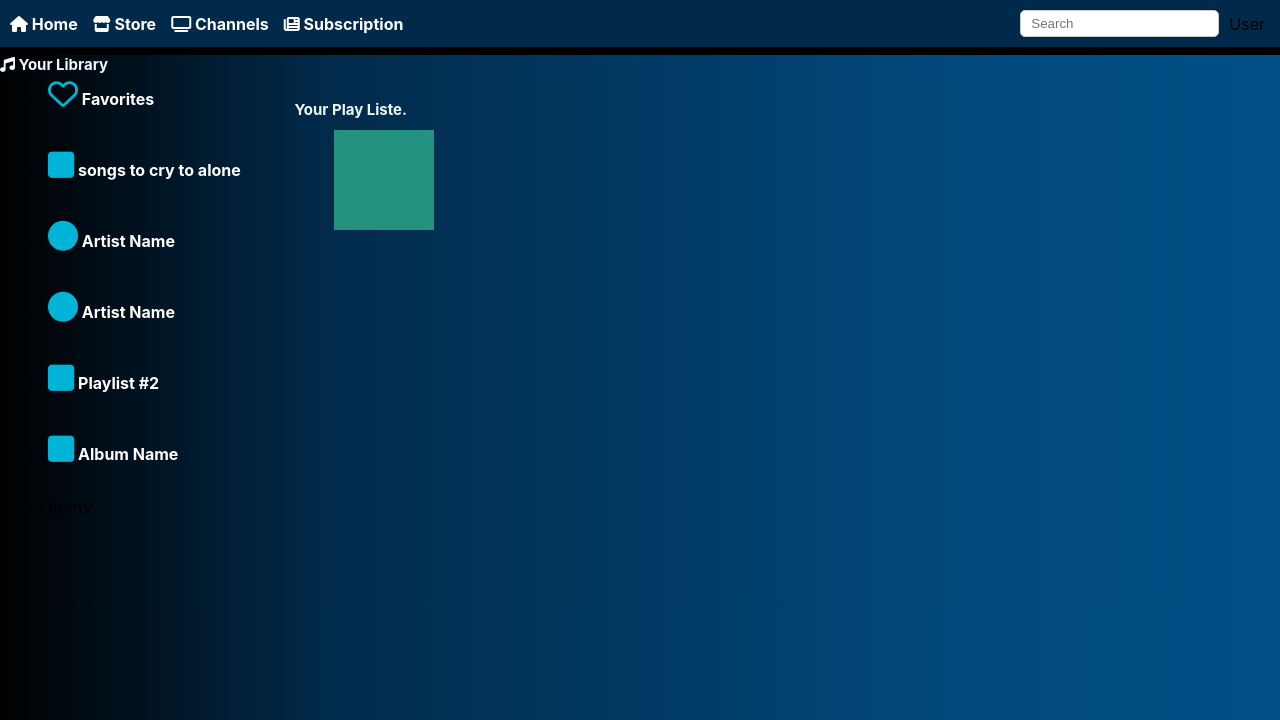
Repository: gordonnrat/group-2-project
Page: / (app in source-code/)
These files come from the project's save history. The page is drawn as it stood at one moment and after the next save; the edit follows.
The browser window is 1280 px wide. The pictures show the whole page.
The project was rebuilt for these pictures with package versions that can differ from the ones it lists, and the page was loaded fresh each time. Also part of the build but not shown: source-code/src/App.css, source-code/src/App.js, source-code/src/components/pages/Login.js.

Above is the page before, as saved 2023-07-26 16:27:22.

After the next save:
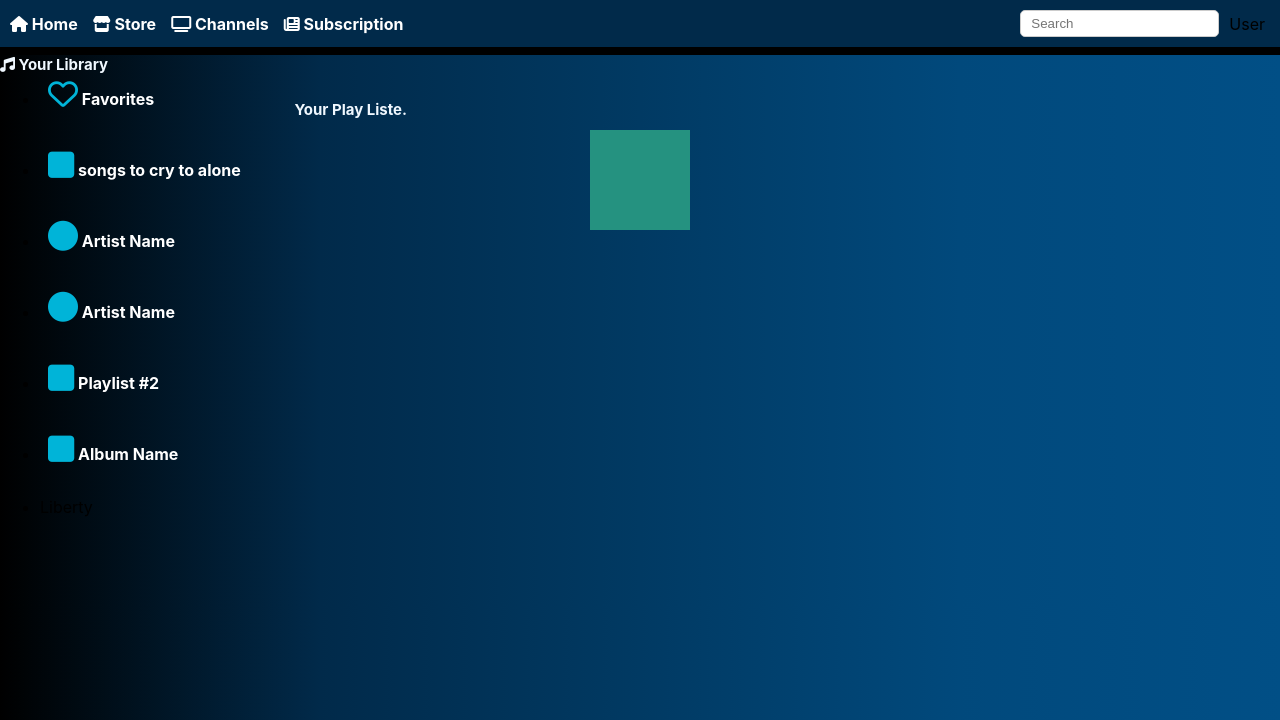
Saved 32 s later.
--- a/source-code/src/components/pages/js.css
+++ b/source-code/src/components/pages/js.css
@@ -20,7 +20,7 @@
   background-color: rgb(37, 146, 128);
   position: absolute;
   top: 130px; /* This will position the square below the text */
-  left: 30%; /* This will horizontally center the square */
+  left: 50%; /* This will horizontally center the square */
   transform: translateX(-50%); /* This will adjust the centering due to the width of the square */
 }
 

After the save that followed:
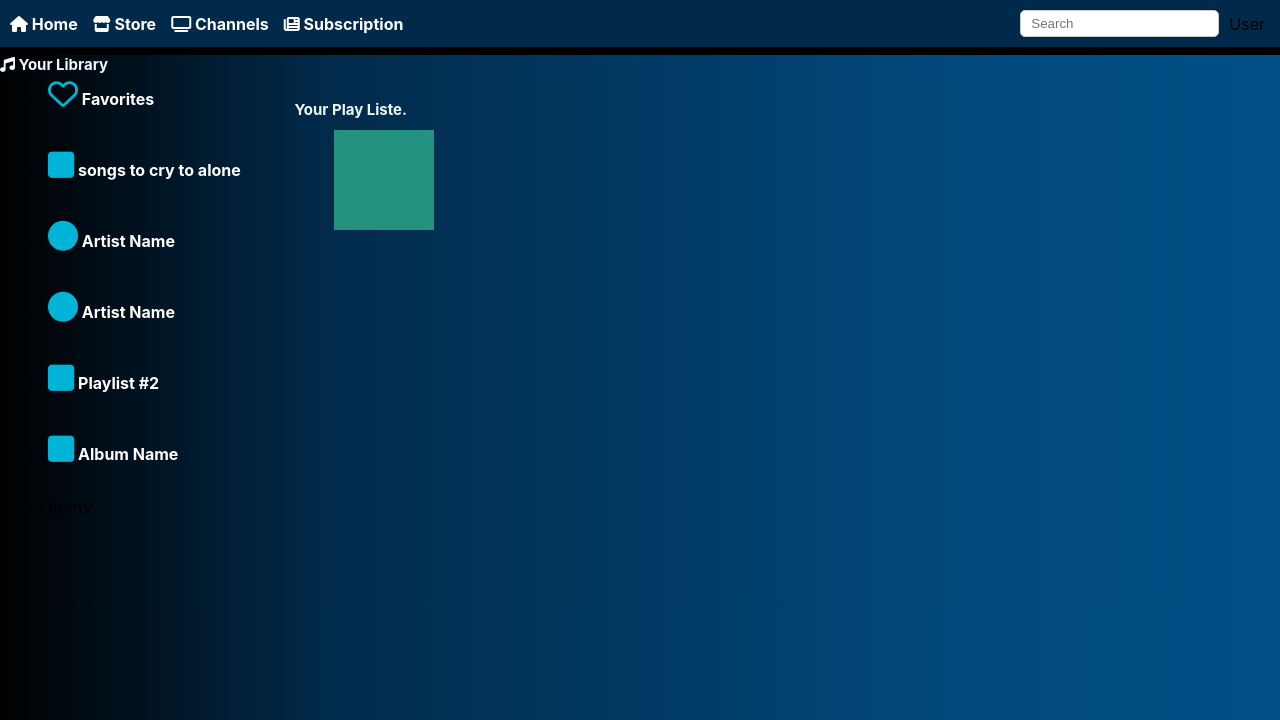
Saved 5 s later.
--- a/source-code/src/components/pages/js.css
+++ b/source-code/src/components/pages/js.css
@@ -20,7 +20,7 @@
   background-color: rgb(37, 146, 128);
   position: absolute;
   top: 130px; /* This will position the square below the text */
-  left: 50%; /* This will horizontally center the square */
+  left: 30%; /* This will horizontally center the square */
   transform: translateX(-50%); /* This will adjust the centering due to the width of the square */
 }
 
